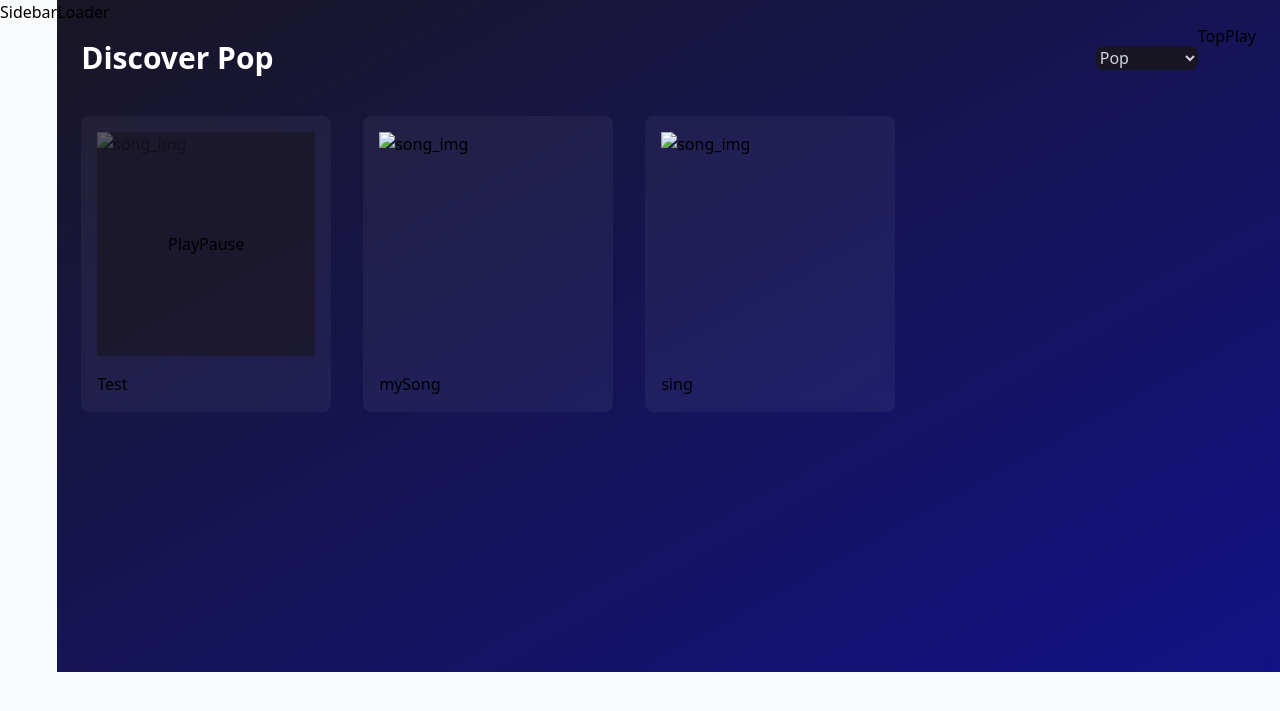
Repository: Chris24T/Dotify
Page: /
These files come from the project's save history. The page is drawn as it stood at one moment and after the next save; the edit follows.
The browser window is 1280 px wide. The pictures show the whole page.
The project was rebuilt for these pictures with package versions that can differ from the ones it lists, and the page was loaded fresh each time. Also part of the build but not shown: vite.config.js, src/components/ArtistCard.jsx, src/components/DetailsHeader.jsx, src/components/SongBar.jsx, src/components/RelatedSongs.jsx, src/components/MusicPlayer/Controls.jsx, src/components/MusicPlayer/Player.jsx, src/components/MusicPlayer/Seekbar.jsx and 12 more.

Above is the page before, as saved 2022-12-03 22:08:34.

### src/redux/store.js
import { configureStore } from '@reduxjs/toolkit';

import { shazamCoreApi } from './services/shazamCore';
import playerReducer from './features/playerSlice';

export const store = configureStore({
  reducer: {
    player: playerReducer,
    [shazamCoreApi.reducerPath]: shazamCoreApi.reducer,
  },
  middleware: (getDefaultMiddleware) =>
    getDefaultMiddleware().concat(shazamCoreApi.middleware),
});

### src/redux/services/shazamCore.js
import { createApi, fetchBaseQuery } from '@reduxjs/toolkit/query/react';

const baseHeaders = {
  'X-RapidAPI-Key': 'aa86041609msh651730729ed9b3dp1da6e2jsn7ec97b06be13',
  'X-RapidAPI-Host': 'shazam-core.p.rapidapi.com',
};

export const shazamCoreApi = createApi({
  reducerPath: 'shazamCoreApi',
  baseQuery: fetchBaseQuery({
    baseUrl: 'https://shazam-core.p.rapidapi.com/v1',
    prepareHeaders: (headers) => {
      headers.set({ baseHeaders });
      return headers;
    },
  }),
  endpoints: (builder) => ({
    getTopCharts: builder.query({ query: (genre) => '/charts/world' }),
  }),
});
// redux toolkit auto generates a hook
export const { useGetTopChartsQuery } = shazamCoreApi;

### src/redux/features/playerSlice.js
import { createSlice } from '@reduxjs/toolkit';

const initialState = {
  currentSongs: [],
  currentIndex: 0,
  isActive: false,
  isPlaying: false,
  activeSong: {},
  genreListId: '',
};

const playerSlice = createSlice({
  name: 'player',
  initialState,
  reducers: {
    setActiveSong: (state, action) => {
      state.activeSong = action.payload.song;

      if (action.payload?.data?.tracks?.hits) {
        state.currentSongs = action.payload.data.tracks.hits;
      } else if (action.payload?.data?.properties) {
        state.currentSongs = action.payload?.data?.tracks;
      } else {
        state.currentSongs = action.payload.data;
      }

      state.currentIndex = action.payload.i;
      state.isActive = true;
    },

    nextSong: (state, action) => {
      if (state.currentSongs[action.payload]?.track) {
        state.activeSong = state.currentSongs[action.payload]?.track;
      } else {
        state.activeSong = state.currentSongs[action.payload];
      }

      state.currentIndex = action.payload;
      state.isActive = true;
    },

    prevSong: (state, action) => {
      if (state.currentSongs[action.payload]?.track) {
        state.activeSong = state.currentSongs[action.payload]?.track;
      } else {
        state.activeSong = state.currentSongs[action.payload];
      }

      state.currentIndex = action.payload;
      state.isActive = true;
    },

    playPause: (state, action) => {
      state.isPlaying = action.payload;
    },

    selectGenreListId: (state, action) => {
      state.genreListId = action.payload;
    },
  },
});

export const { setActiveSong, nextSong, prevSong, playPause, selectGenreListId } = playerSlice.actions;

export default playerSlice.reducer;

### src/components/SongCard.jsx
import { Link } from 'react-router-dom';
import { useDispatch } from 'react-redux';

import PlayPause from './PlayPause';
import { playPause, setActiveSong } from '../redux/features/playerSlice';

const SongCard = ({ song, i }) => {
  const activeSong = { title: 'Test' };

  return (
    <div
      className="flex flex-col w-[250px] p-4 bg-white/5 bg-opacity-80
     backdrop-blur-sm animate-slideup rounded-lg cursor-pointer"
    >
      <div className="relative w-full h-56 group">
        <div
          className={`absolute inset-0 justify-center items-center
          bg-black bg-opacity-50 group-hover:flex ${
            activeSong?.title === song.title
              ? 'flex bg-black bg-opacity-70'
              : 'hidden'
          }`}
        >
          <PlayPause />
        </div>
        <img alt="song_img" src={song.image?.coverart} />
      </div>
      <div className="mt-4 flex flex-col">
        <p>
          <Link>{song.title}</Link>
        </p>
        <p>
          <Link>{song.subtitle}</Link>
        </p>
      </div>
    </div>
  );
};

export default SongCard;

### src/pages/Discover.jsx
import { Error, Loader, SongCard } from '../components';
import { genres } from '../assets/constants';

import { useGetTopChartsQuery } from '../redux/services/shazamCore';

const Discover = () => {
  // const { data, isFetching, error } = useGetTopChartsQuery();
  const data = [{ title: 'Test' }, { title: 'mySong' }, { title: 'sing' }];
  const isFetching = false;
  const genreTitle = 'Pop';

  if (isFetching) return <Loader title="Loading Songs..." />;
  // if (error) return <Error />;

  return (
    <div className="flex flex-col">
      <div className="w-full flex justify-between items-center sm:flex-row flex-col mt-4 mb-10">
        <h2 className="font-bold text-3xl text-white text-left">
          Discover {genreTitle}
        </h2>
        <select
          onChange={() => {}}
          value=""
          className="bg-black rounded-lg outline-none text-gray-300 sm:mt-0 mt-5"
        >
          {genres.map((genre) => (
            <option key={genre.value} value={genre.value}>
              {genre.title}
            </option>
          ))}
        </select>
      </div>
      <div className="flex flex-wrap sm:justify-start justify-center gap-8">
        {data.map((song, i) => {
          return <SongCard key={song.key} song={song} i={i}></SongCard>;
        })}
      </div>
    </div>
  );
};

export default Discover;

### src/components/PlayPause.jsx
const PlayPause = () => <div>PlayPause</div>;

export default PlayPause;

### src/assets/constants.js
import { HiOutlineHashtag, HiOutlineHome, HiOutlinePhotograph, HiOutlineUserGroup } from 'react-icons/hi';

export const genres = [
  { title: 'Pop', value: 'POP' },
  { title: 'Hip-Hop', value: 'HIP_HOP_RAP' },
  { title: 'Dance', value: 'DANCE' },
  { title: 'Electronic', value: 'ELECTRONIC' },
  { title: 'Soul', value: 'SOUL_RNB' },
  { title: 'Alternative', value: 'ALTERNATIVE' },
  { title: 'Rock', value: 'ROCK' },
  { title: 'Latin', value: 'LATIN' },
  { title: 'Film', value: 'FILM_TV' },
  { title: 'Country', value: 'COUNTRY' },
  { title: 'Worldwide', value: 'WORLDWIDE' },
  { title: 'Reggae', value: 'REGGAE_DANCE_HALL' },
  { title: 'House', value: 'HOUSE' },
  { title: 'K-Pop', value: 'K_POP' },
];

export const links = [
  { name: 'Discover', to: '/', icon: HiOutlineHome },
  { name: 'Around You', to: '/around-you', icon: HiOutlinePhotograph },
  { name: 'Top Artists', to: '/top-artists', icon: HiOutlineUserGroup },
  { name: 'Top Charts', to: '/top-charts', icon: HiOutlineHashtag },
];

Loaded but not shown: index.html (common file); src/index.jsx (common file); src/index.css (common file); src/App.jsx (common file); src/components/index.js (common file); src/pages/index.js (common file); src/components/Sidebar.jsx (common file); src/components/Searchbar.jsx (common file); src/components/TopPlay.jsx (common file); tailwind.config.js (common file)

After the next save:
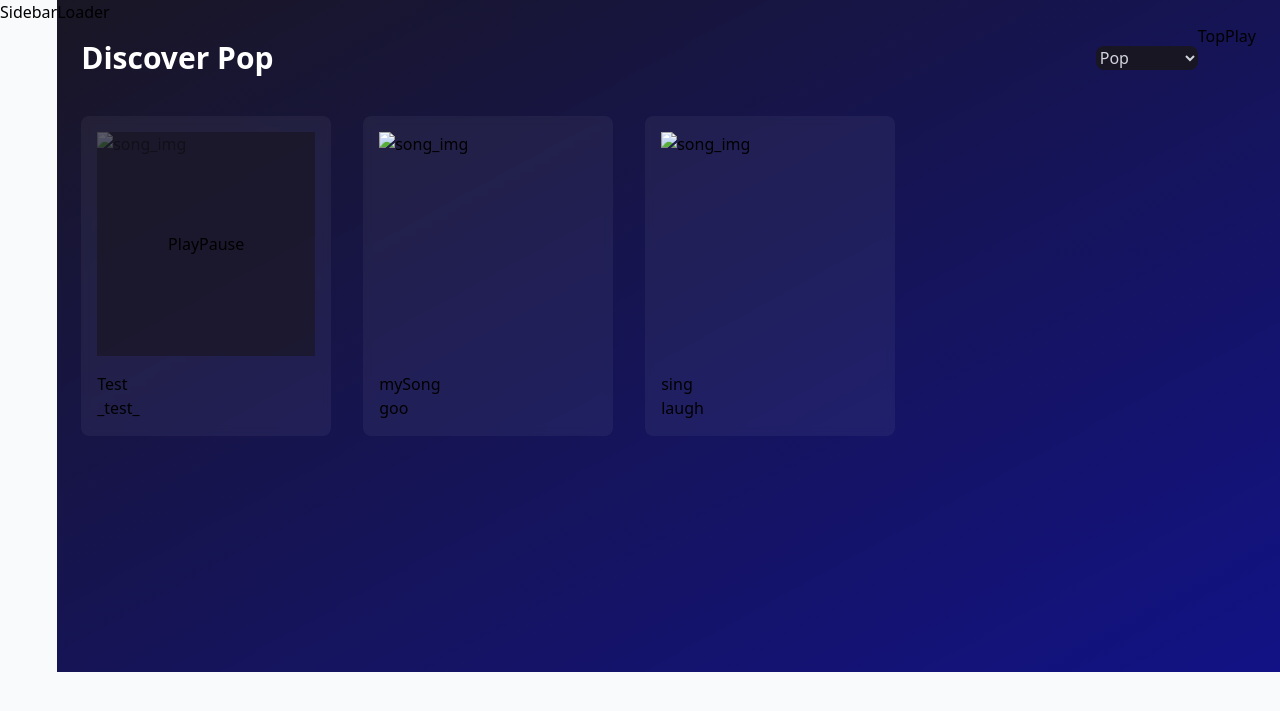
Saved 41 s later.
--- a/src/pages/Discover.jsx
+++ b/src/pages/Discover.jsx
@@ -5,7 +5,11 @@ import { useGetTopChartsQuery } from '../redux/services/shazamCore';
 
 const Discover = () => {
   // const { data, isFetching, error } = useGetTopChartsQuery();
-  const data = [{ title: 'Test' }, { title: 'mySong' }, { title: 'sing' }];
+  const data = [
+    { title: 'Test', subtitle: '_test_' },
+    { title: 'mySong', subtitle: 'goo' },
+    { title: 'sing', subtitle: 'laugh' },
+  ];
   const isFetching = false;
   const genreTitle = 'Pop';
 
